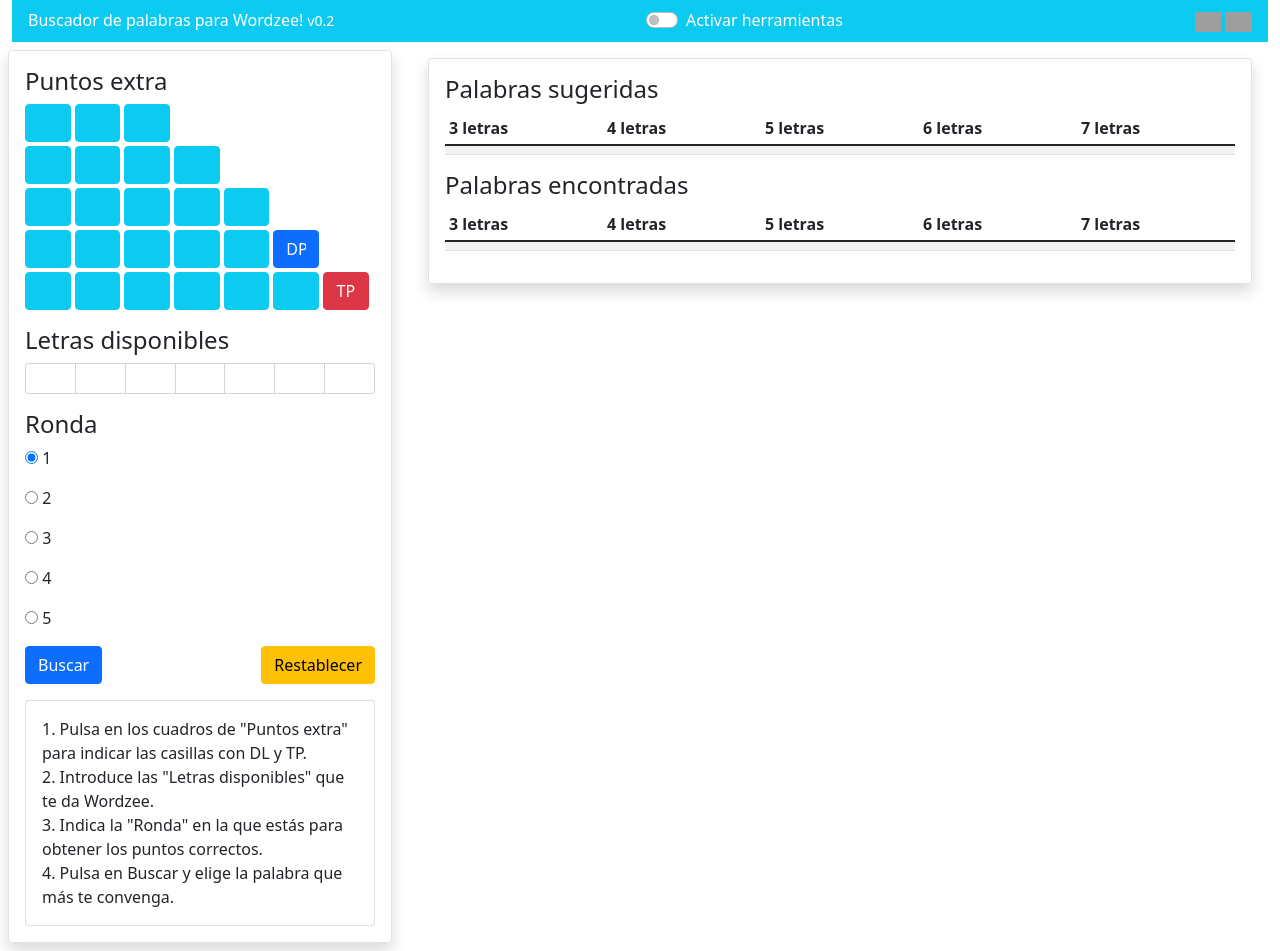
Repository: angelcafe/wordzee-bp_javascript
Page: index.html
These files come from the project's save history. The page is drawn as it stood at one moment and after the next save; the edit follows.
The browser window is 1280 px wide. The pictures show the whole page.
Pictures or frames that could not be fetched are drawn as grey boxes.

Above is the page before, as saved 2021-10-22 23:03:51.

After the next save:
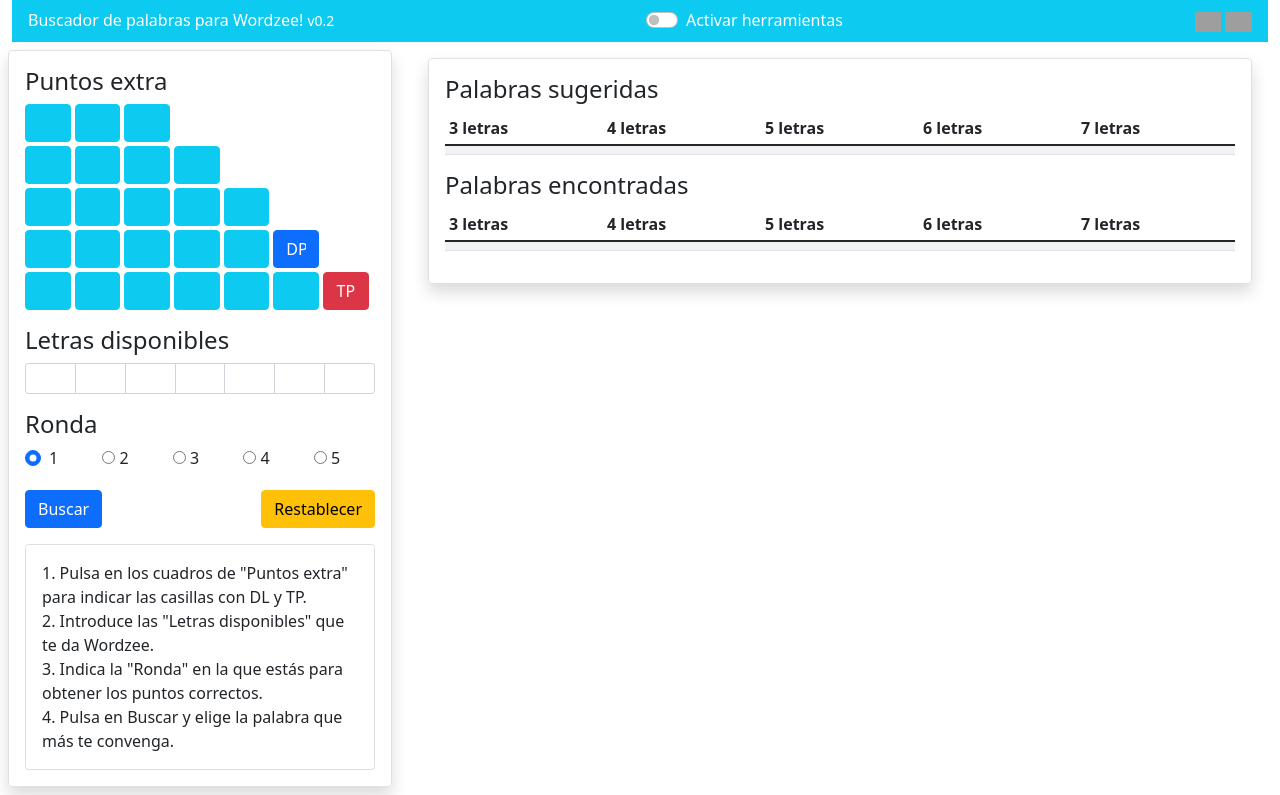
Saved 6 min 24 s later.
--- a/index.html
+++ b/index.html
@@ -90,24 +90,24 @@
                     </div>
                     <div id="idRonda">
                         <h4>Ronda</h4>
-                        <div class="custom-control custom-radio custom-control-inline mb-3">
-                            <input type="radio" id="idRonda1" name="ronda" value="1" class="custom-control-input" checked>
-                            <label class="custom-control-label" for="idRonda1">1</label>
-                        </div>
-                        <div class="custom-control custom-radio custom-control-inline mb-3">
-                            <input type="radio" id="idRonda2" name="ronda" value="2" class="custom-control-input">
+                        <div class="form-check form-check-inline mb-3">
+                            <input type="radio" name="ronda" value="1" class="form-check-input" checked>
+                            <label class="form-check-label" for="idRonda1">1</label>
+                        </div>
+                        <div class="form-check form-check-inline mb-3">
+                            <input type="radio" name="ronda" value="2" class="custom-control-input">
                             <label class="custom-control-label" for="idRonda2">2</label>
                         </div>
-                        <div class="custom-control custom-radio custom-control-inline mb-3">
-                            <input type="radio" id="idRonda3" name="ronda" value="3" class="custom-control-input">
+                        <div class="form-check form-check-inline mb-3">
+                            <input type="radio" name="ronda" value="3" class="custom-control-input">
                             <label class="custom-control-label" for="idRonda3">3</label>
                         </div>
-                        <div class="custom-control custom-radio custom-control-inline mb-3">
-                            <input type="radio" id="idRonda4" name="ronda" value="4" class="custom-control-input">
+                        <div class="form-check form-check-inline mb-3">
+                            <input type="radio" name="ronda" value="4" class="custom-control-input">
                             <label class="custom-control-label" for="idRonda4">4</label>
                         </div>
-                        <div class="custom-control custom-radio custom-control-inline mb-3">
-                            <input type="radio" id="idRonda5" name="ronda" value="5" class="custom-control-input">
+                        <div class="form-check form-check-inline mb-3">
+                            <input type="radio" name="ronda" value="5" class="custom-control-input">
                             <label class="custom-control-label" for="idRonda5">5</label>
                         </div>
                         <div class="btn-toolbar justify-content-between mt-1">
